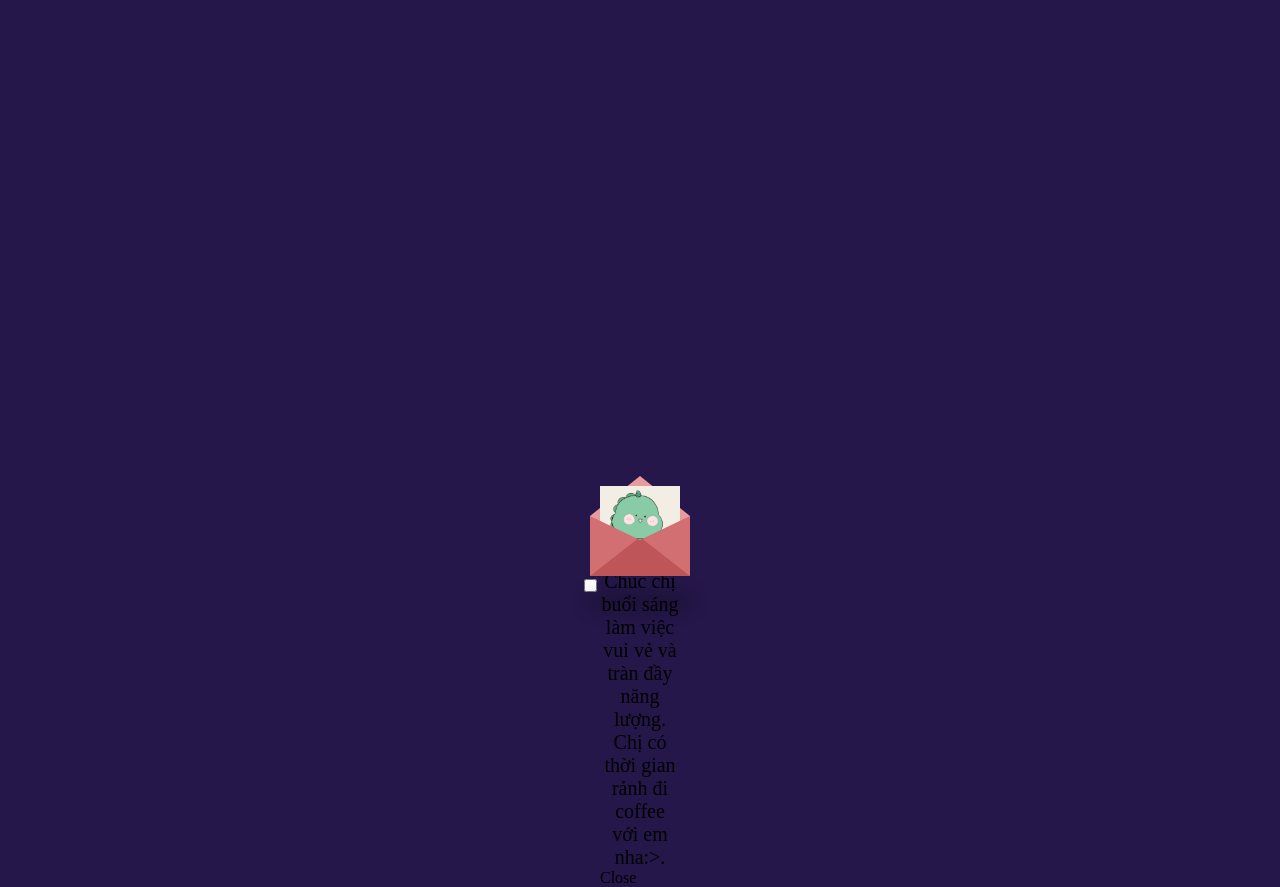
Repository: Dangtrinh28/letter
Page: index.html
These files come from the project's save history. The page is drawn as it stood at one moment and after the next save; the edit follows.
The browser window is 1280 px wide. The pictures show the whole page.

Above is the page before, as saved 2022-12-15 23:50:22.

After the next save:
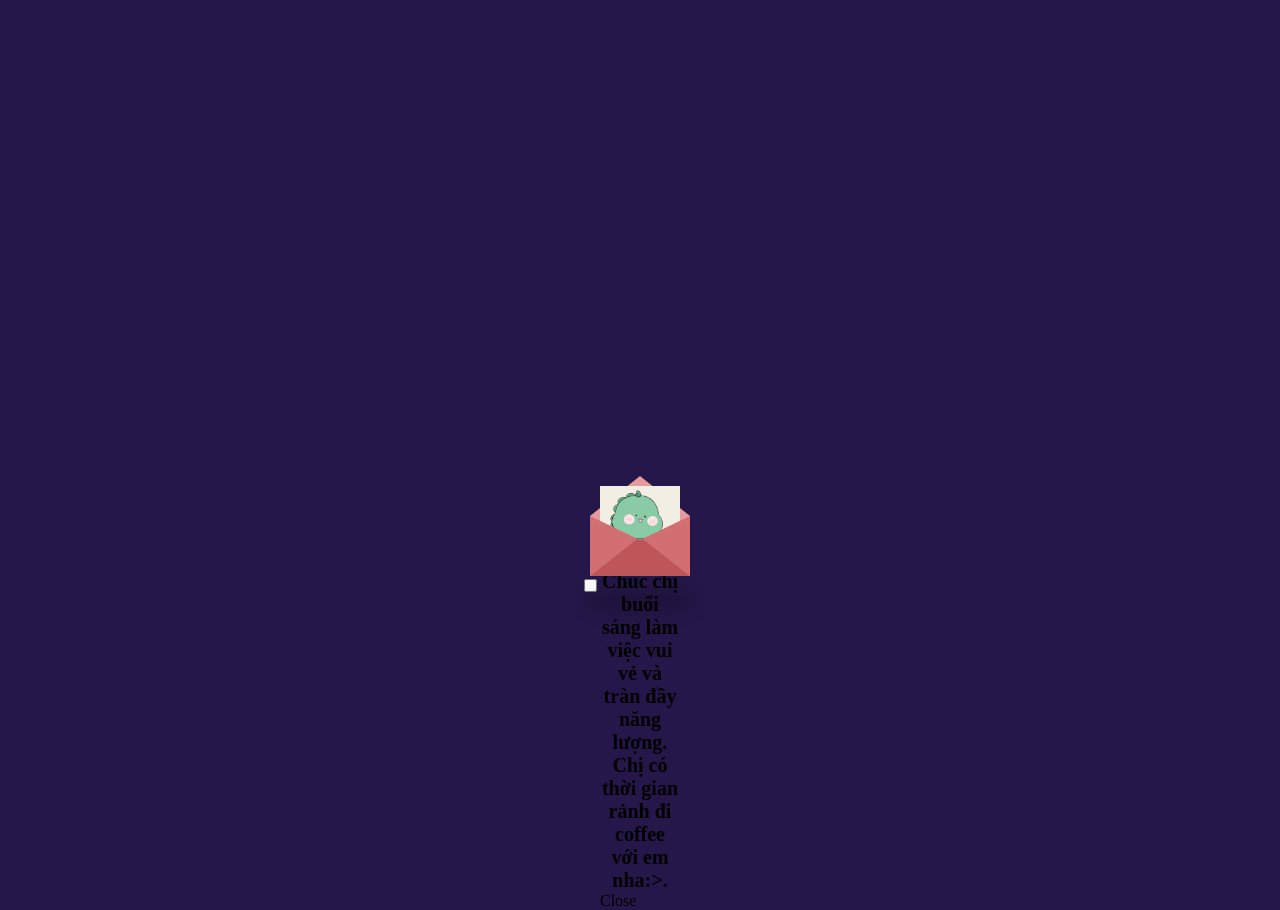
Saved 5 s later.
--- a/main.css
+++ b/main.css
@@ -94,5 +94,5 @@
     width: 100%;
     text-align: center;
     font-size: 20px;
-    fz700
+    font-weight: 700;
 }

After the save that followed:
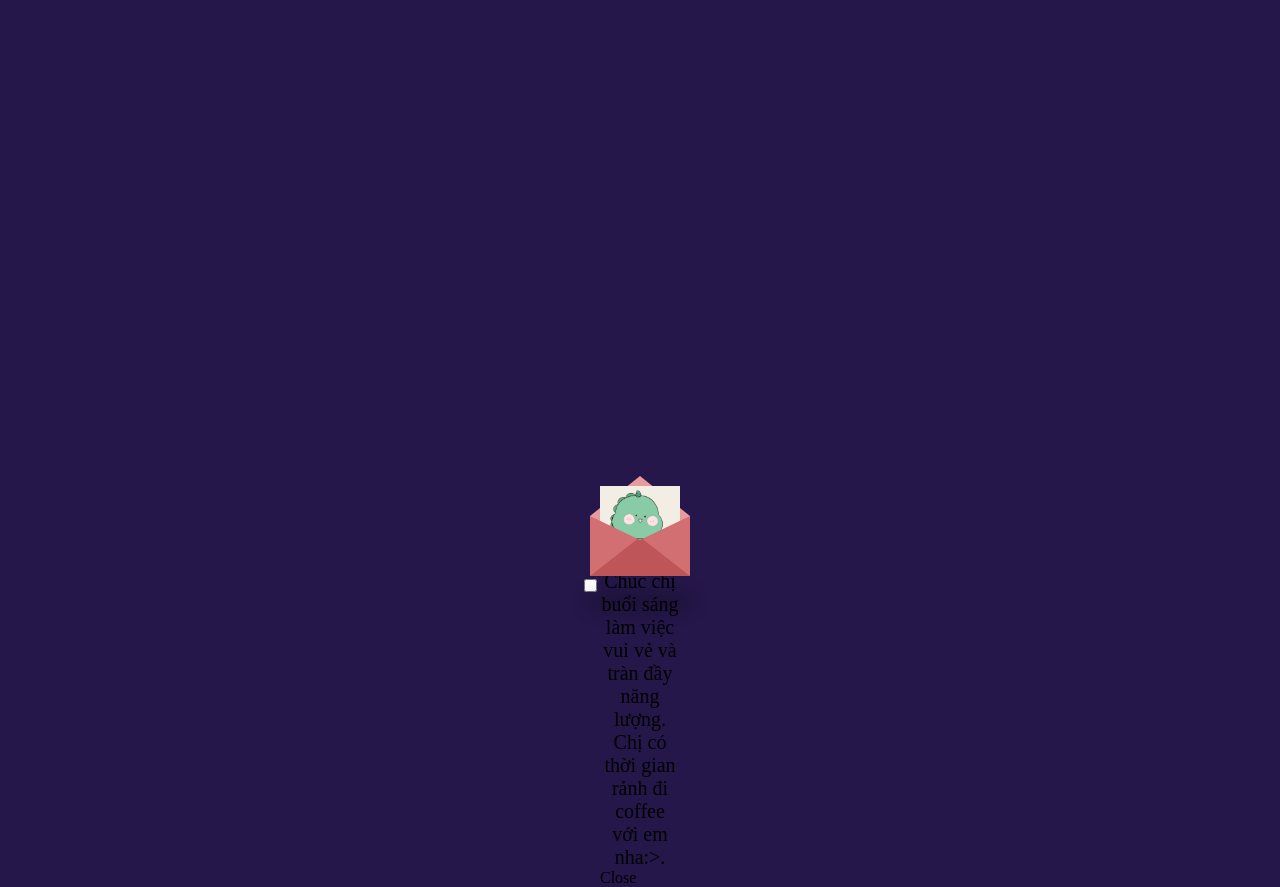
Saved 5 s later.
--- a/main.css
+++ b/main.css
@@ -94,5 +94,5 @@
     width: 100%;
     text-align: center;
     font-size: 20px;
-    font-weight: 700;
+    font-weight: 500;
 }
